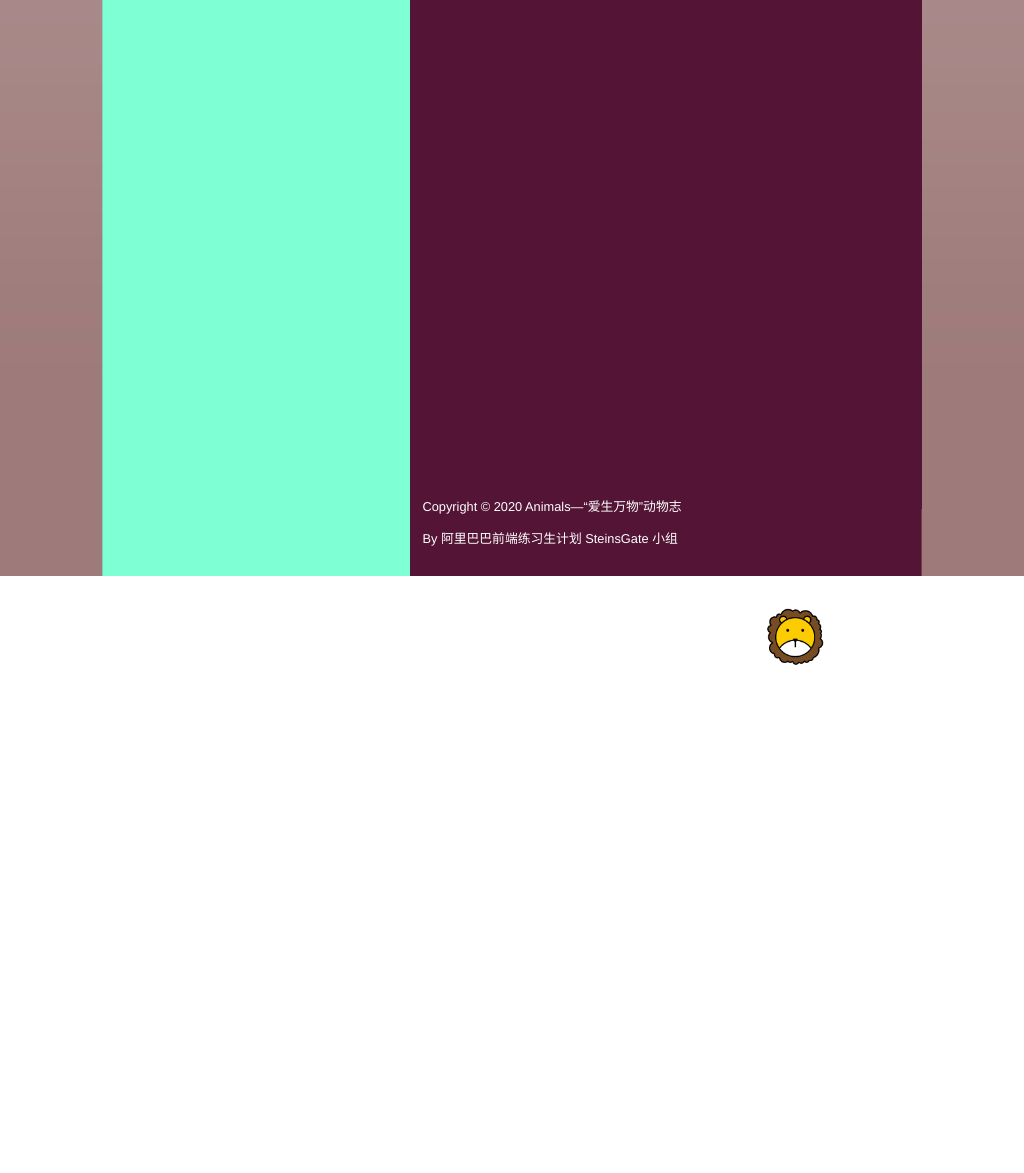
Repository: Whiskeyi/Animals
Page: /
These files come from the project's save history. The page is drawn as it stood at one moment and after the next save; the edit follows.
The browser window is 1280 px wide. The pictures show the whole page, at 80% of full size.
The project was rebuilt for these pictures with package versions that can differ from the ones it lists, and the page was loaded fresh each time.

Above is the page before, as saved 2021-11-15 17:55:34.

### public/index.html
<!DOCTYPE html>
<html lang="en">
  <head>
    <meta charset="utf-8">
    <meta http-equiv="X-UA-Compatible" content="IE=edge">
    <meta name="viewport" content="width=device-width,initial-scale=1.0">
    <link rel="icon" href="<%= BASE_URL %>favicon.ico">
    <title>Animals</title>
  </head>
  <body>
    <noscript>
      <strong>We're sorry but animals doesn't work properly without JavaScript enabled. Please enable it to continue.</strong>
    </noscript>
    <div id="app"></div>
    <!-- built files will be auto injected -->
  </body>
</html>

### src/main.js
import Vue from 'vue'
import App from './App.vue'
import router from './router'
import store from './store'
import './plugins/element.js' // 引入element-ui

Vue.config.productionTip = false

new Vue({
  router,
  store,
  render: h => h(App)
}).$mount('#app')

### src/App.vue
<template>
  <div id="app">
    <!-- 入口 -->
    <router-view/>
  </div>
</template>

<style lang="scss">
#app {
  font-family: 'Avenir', Helvetica, Arial, sans-serif;
  -webkit-font-smoothing: antialiased;
  -moz-osx-font-smoothing: grayscale;
}

html, body {  // 去除白边
    width: 100%;
    height: 100%;
    margin: 0;
    padding: 0;
    position: relative;
}
</style>

### src/router.js
// 路由
import Vue from 'vue'
import Router from 'vue-router'
import Home from './views/Home.vue'

Vue.use(Router)

export default new Router({
  mode: 'history',
  base: process.env.BASE_URL,
  routes: [
    {
      path: '/',
      name: 'home',
      component: Home
    }
  ]
})

### src/plugins/element.js
// 引入element-ui
import Vue from 'vue'

import ElementUI from 'element-ui';
import 'element-ui/lib/theme-chalk/index.css';

Vue.use(ElementUI);

### src/views/Home.vue
<template>
  <div class="bg">
    <div class="gloss">
      <Gloss></Gloss>
      <div id="leftContainer"></div>
      <div id="rightContainer">
        <LeftMain></LeftMain>
        <Info></Info>
        <RightHead></RightHead>
        <Footer></Footer>
      </div>
    </div>
  </div>
</template>

<script>
// @ is an alias to /src
// 组件引入
import Gloss from '@/components/Gloss'
import Footer from '@/components/Footer'
import Info from '@/components/Info'
import RightHead from '@/components/RightHead'
import LeftMain from '@/components/LeftMain'

export default {
  name: 'home',
  components: {
    Gloss,Footer,Info,RightHead,LeftMain
  }
}
</script>

<style lang="scss" scoped>
.bg {
  height: 100%;
  width: 100%;
  background-color:rgb(158, 122, 122);
  position: absolute;
  transition: background-color 2s ease-in; // 背景颜色2S过渡
  filter: blur(0.5px); // 背景高斯模糊
  // z-index: -9; //暂时注释,影响调试
}
#rightContainer {
  position: fixed;
  right: 10%;
  width: 640px;
  height: 100%;
  margin: 0 auto;
  background-color: #531435;
}
#leftContainer {
  position: fixed;
  left: 10%;
  width: 640px;
  height: 100%;
  margin: 0 auto;
  background-color: aquamarine;
}
</style>

### src/components/Gloss/index.vue
<template>
<!-- 实现光泽效果,丰富背景颜色 -->
<div id="gloss"></div>
</template>

<script>
export default {

}
</script>

<style lang="scss" scoped>
#gloss {
    position: fixed;
    width: 100%;
    height: 478px;
    background: url('../../assets/gloss.png') repeat-x;
    // z-index: -8;  //暂时注释,影响调试
}
</style>

### src/components/Footer/index.vue
<template>
  <div class="footerContainer">
      <p>Copyright © 2020 Animals—“爱生万物”动物志</p>
      <p>By 阿里巴巴前端练习生计划 SteinsGate 小组</p>
  </div>
</template>

<script>
export default {

}
</script>

<style lang="scss" scoped>
.footerContainer {
    position: fixed;
    bottom: 0;
    font-size: 1rem;
    color:#fff;
    margin:0 0 20px 16px;
}
</style>

### src/components/Info/index.vue
<template>
  <div class="infoContainer">
  </div>
</template>

<script>
export default {

}
</script>

<style lang="scss" scoped>
.infoContainer {
    float: left;
    z-index: 10000;
    width: 400px;
    height: 720px;
    margin: 26px 0 0 16px;
    background-color: #fff;
}
.infoContainer logo {
    position: absolute;
}
</style>

### src/components/RightHead/index.vue
<template>
  <div class="rightHeadContainer">
      <el-image class="logo" alt="logo" :src="require('@/icons/index.png')"></el-image>
      <h1 class="vertical">Animals爱生万物</h1>
  </div>
</template>

<script>
export default {

}
</script>

<style lang="scss" scoped>
.rightHeadContainer {
    float: left;
    height: 400px;
    width: 100px;
    margin: 26px 0 0 16px;
}
.vertical {
    writing-mode: vertical-lr;
    padding-left: 5px;
    color: #fff;
}
</style>

### src/components/LeftMain/index.vue
<template>
  <div class="leftContainer"></div>
</template>

<script>
export default {

}
</script>

<style lang="scss" scoped>
.leftContainer {
  height: 100%;
}
</style>

Loaded but not shown: src/store.js (common file)

After the next save:
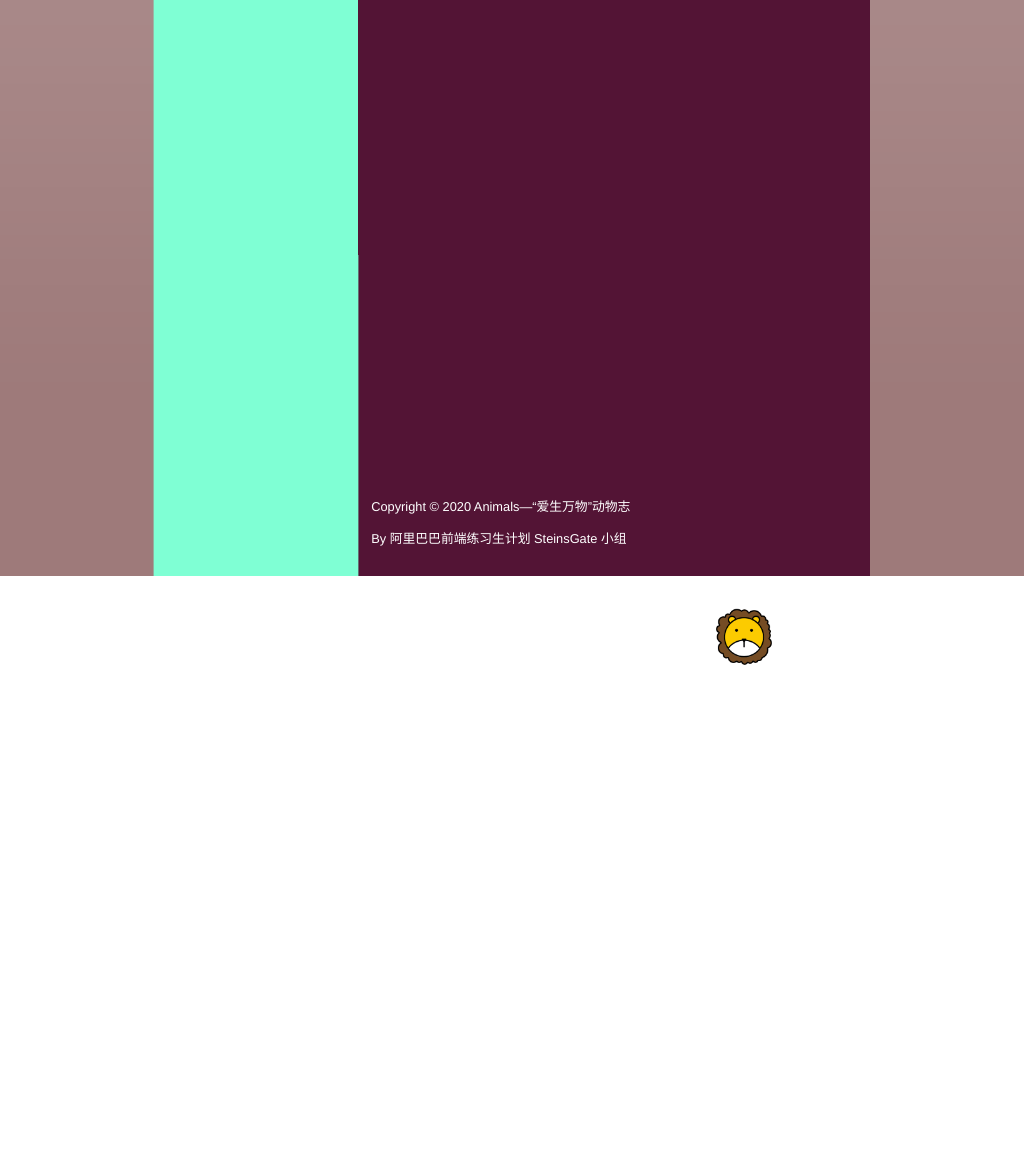
Saved 14 s later.
--- a/src/views/Home.vue
+++ b/src/views/Home.vue
@@ -42,15 +42,15 @@ export default {
 }
 #rightContainer {
   position: fixed;
-  right: 10%;
+  right: 15%;
   width: 640px;
   height: 100%;
   margin: 0 auto;
   background-color: #531435;
 }
 #leftContainer {
-  position: fixed;
-  left: 10%;
+  position: absolute;
+  left: 15%;
   width: 640px;
   height: 100%;
   margin: 0 auto;

After the save that followed:
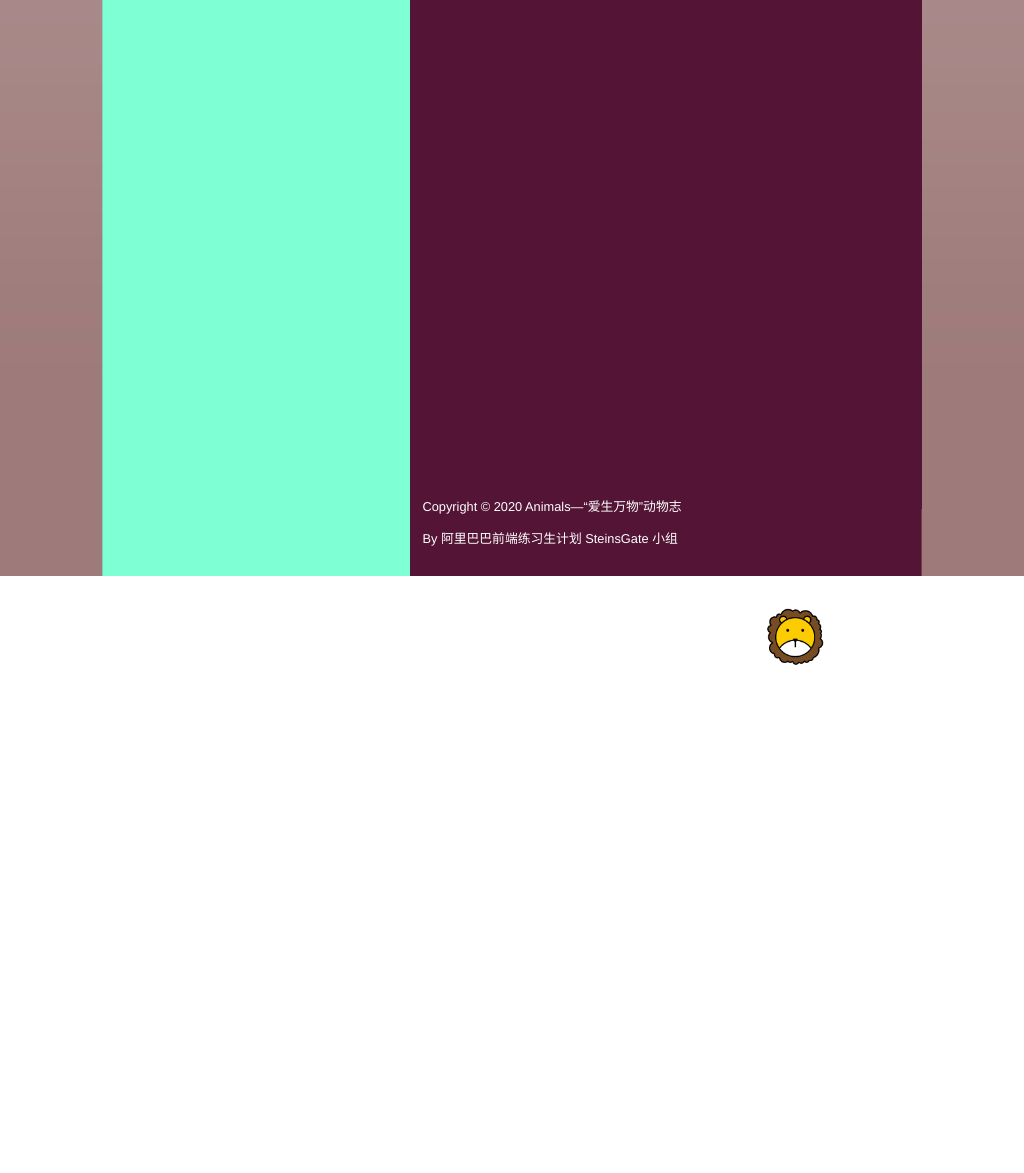
Saved 20 s later.
--- a/src/views/Home.vue
+++ b/src/views/Home.vue
@@ -42,15 +42,15 @@ export default {
 }
 #rightContainer {
   position: fixed;
-  right: 15%;
+  right: 10%;
   width: 640px;
   height: 100%;
   margin: 0 auto;
   background-color: #531435;
 }
 #leftContainer {
-  position: absolute;
-  left: 15%;
+  position: fixed;
+  left: 10%;
   width: 640px;
   height: 100%;
   margin: 0 auto;
